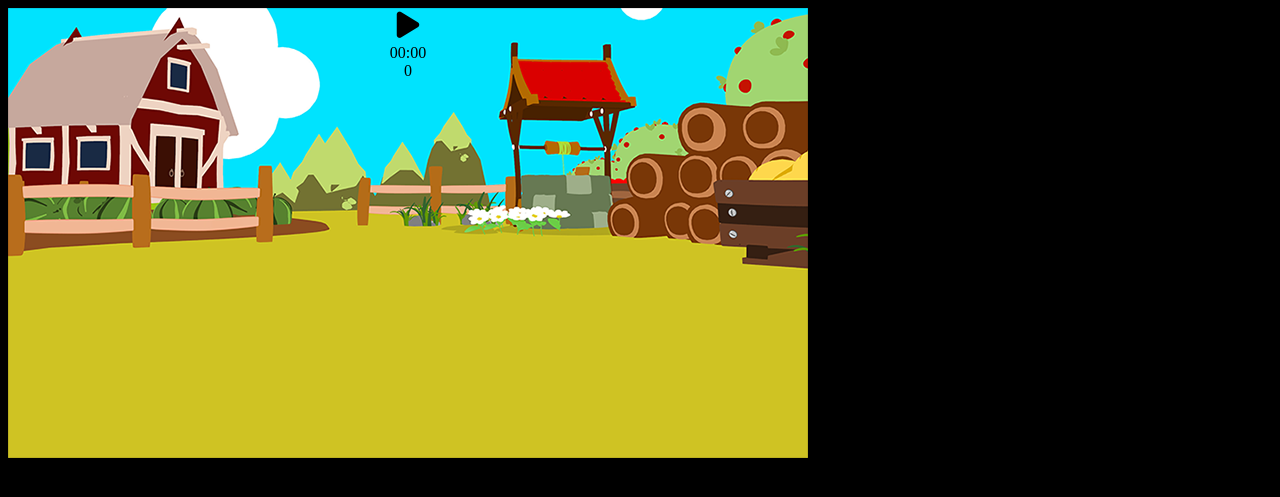
Repository: rladpwl0512/dreamcoding_browser101
Page: (7) catch-carrot-game/catch carrot/index.html
The author's editor kept a copy of each file at every save. The page is drawn from the files as they stood at one save, then again after the next save.
The browser window is 1280 px wide. The pictures show the whole page.
Some web libraries are served in a nearby version.

Above is the page before, as saved 2021-10-06 19:29:45.

After the next save:
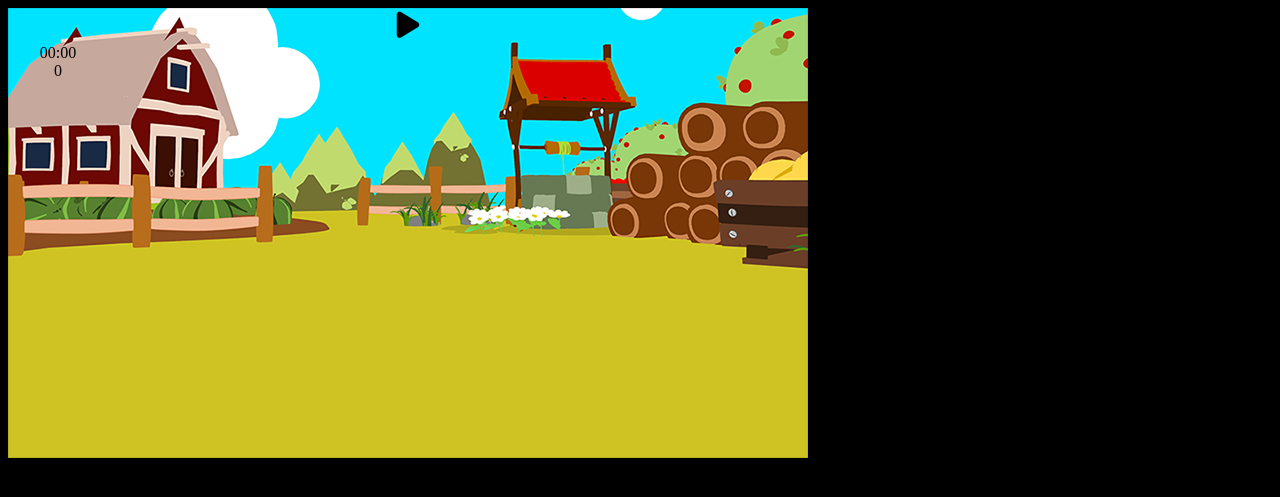
Saved 9 s later.
--- a/(7) catch-carrot-game/catch carrot/style.css
+++ b/(7) catch-carrot-game/catch carrot/style.css
@@ -26,6 +26,9 @@
   font-size: 30px;
 }
 
+.timer {
+  width: 100px;
+}
 
 
 .blind {

After the save that followed:
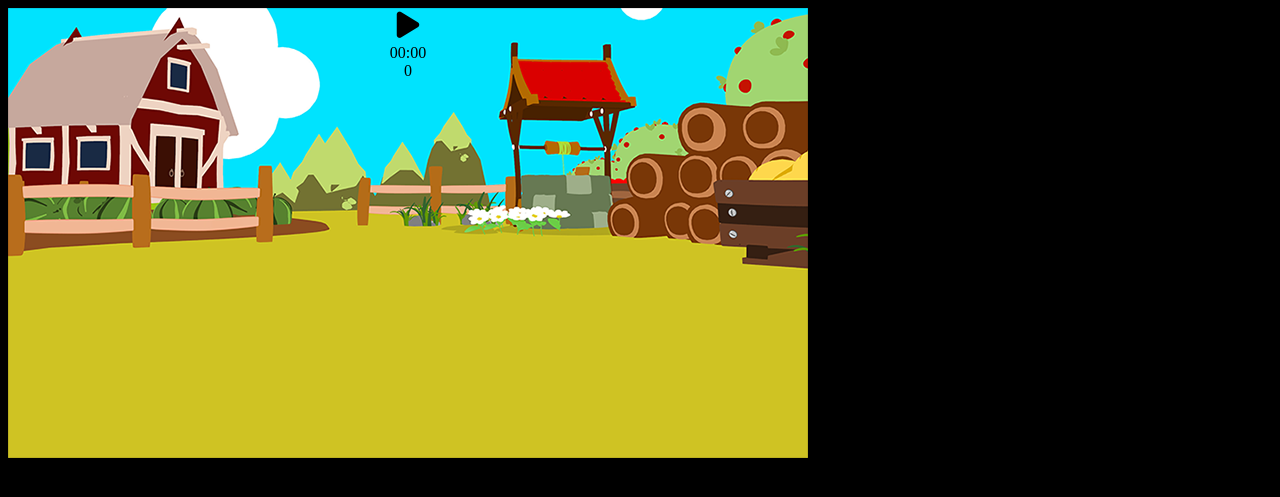
Saved 29 s later.
--- a/(7) catch-carrot-game/catch carrot/style.css
+++ b/(7) catch-carrot-game/catch carrot/style.css
@@ -28,8 +28,11 @@
 
 .timer {
   width: 100px;
+  margin: 0 auto;
 }
+.count {
 
+}
 
 .blind {
   position: absolute;
